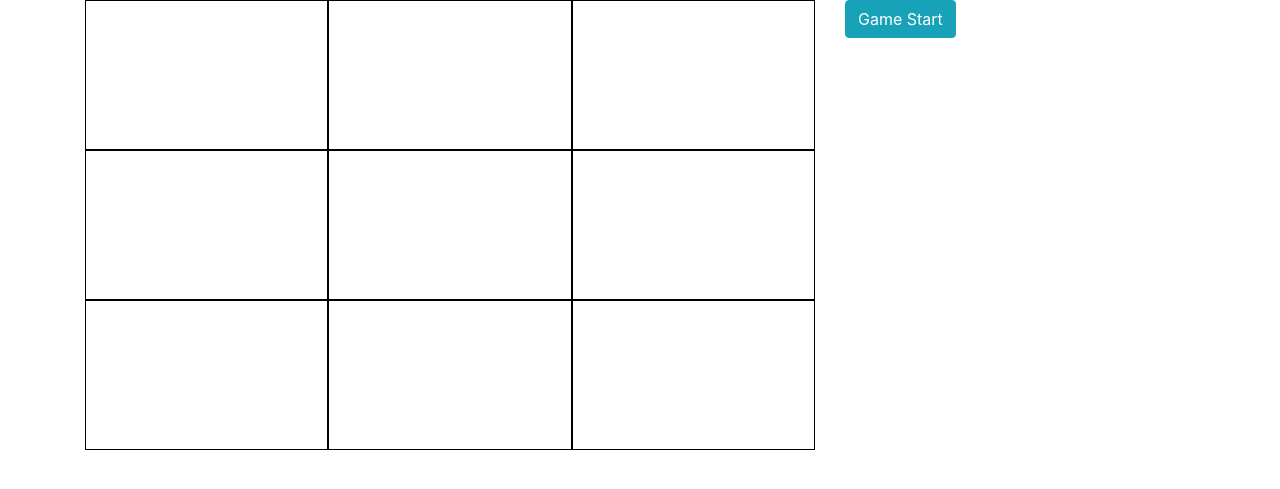
Repository: tts2610/Tic-Tac_Toe
Page: /
An editor plug-in stored every save of this project. The page is shown before and after the next save, followed by the edit.
The browser window is 1280 px wide. The pictures show the whole page.
The project was rebuilt for these pictures with package versions that can differ from the ones it lists, and the page was loaded fresh each time.

Above is the page before, as saved 2020-06-02 16:19:05.

### src/App.js
import React, { Component } from "react";
import "./App.css";
import Board from "./components/Board";
import "bootstrap/dist/css/bootstrap.min.css";
import { Row, Col, Container } from "react-bootstrap";
import HistoryBoard from "./components/HistoryBoard";
import * as mySetting from "./settings";

export default class App extends Component {
  state = {
    board: mySetting.board,
    currentMove: "",
    history: mySetting.history,
    currentPhase: 1,
    winMoves: [],
  };
  onClickSquareHandle = (element) => {
    if (!element.isChecked) {
      this.setState(
        {
          currentMove: this.state.currentMove === "x" ? "o" : "x",
        },
        () => {
          const list = this.state.board.map((item, j) => {
            if (item.id === element.id && item.value === "") {
              return {
                id: item.id,
                value: this.state.currentMove,
                isChecked: true,
              };
            } else {
              return { id: item.id, value: item.value, isChecked: false };
            }
          });
          this.setState({ board: list }, () => {
            if (this.checkVertical(element) || this.checkHorizonal(element)) {
              alert("win!!!");
              this.resetGame();
            }

            this.setState({ currentPhase: this.state.currentPhase + 1 });
            this.setState({
              history: {
                ...this.state.history,
                [this.state.currentPhase]: this.state.board,
              },
            });
          });
        }
      );
    }
    console.log(this.state.history);
  };

  checkVertical(currentChoice) {
    let count = 0;
    this.state.board.forEach((element) => {
      if (
        currentChoice.id[1] === element.id[1] &&
        element.value === "x" &&
        currentChoice !== element
      )
        count++;
    });

    if (count === 3) {
      return true;
    }
  }

  checkHorizonal(currentChoice) {
    let count = 0;
    this.state.board.forEach((element) => {
      if (
        currentChoice.id[0] === element.id[0] &&
        element.value === "x" &&
        currentChoice !== element
      )
        count++;
    });

    if (count === 3) {
      return true;
    }
  }

  resetGame() {
    this.setState({
      board: mySetting.board,
      currentMove: "",
      history: mySetting.history,
      currentPhase: 1,
    });
  }

  spliceDict(dict, minKey, maxKey) {
    var newDict = {};
    for (var i in dict) {
      if (i >= minKey && i <= maxKey) {
        newDict[i] = dict[i];
      }
    }
    return newDict;
  }

  resetPhase = (phase) => {
    this.setState({ history: this.spliceDict(this.state.history, 0, phase) });
    this.setState({
      currentPhase: this.state.currentPhase - 1,
      board: this.state.history[phase],
    });
  };
  render() {
    return (
      <div className="App">
        <Container>
          <Row>
            <Col sm={8}>
              <Board
                board={this.state.board}
                onClick={this.onClickSquareHandle}
              />
            </Col>
            <Col sm={4}>
              <HistoryBoard
                history={this.state.history}
                resetPhase={this.resetPhase}
              />
            </Col>
          </Row>
        </Container>
      </div>
    );
  }
}

### src/App.css
.box {
    min-width: max-content;
    height: 150px;
    border: 1px solid black;
    display: flex;
    justify-content: center;
}

.myLi {
    list-style-type: none;
}

### src/components/Board.js
import React, { Component } from "react";
import Square from "./Square";
import { Row, Col } from "react-bootstrap/";
import * as mySetting from "../settings";

export default function Board({ board, onClick }) {
  let renderSquare = (row) => {
    let rowSquare = [];
    board.forEach((element) => {
      if (element.id[0] === row)
        rowSquare.push(
          <Col sm={4} style={mySetting.styles.col} key={element.id}>
            <Square value={element.id} onClick={() => onClick(element)} />
          </Col>
        );
    });
    return rowSquare;
  };

  return (
    <>
      <Row style={mySetting.styles.row}>{renderSquare(0)}</Row>
      <Row style={mySetting.styles.row}>{renderSquare(1)}</Row>
      <Row style={mySetting.styles.row}>{renderSquare(2)}</Row>
    </>
  );
}

### src/components/HistoryBoard.js
import React from "react";

export default function HistoryBoard({ history, resetPhase }) {
  let keys = Object.keys(history);
  return (
    <div>
      {keys.map((element, index) => {
        if (index === 0)
          return (
            <li key={index} className="myLi">
              <button
                onClick={() => resetPhase(element)}
                type="button"
                className="btn btn-info"
              >
                Game Start
              </button>
            </li>
          );
        return (
          <li key={index} className="myLi mt-3">
            <button
              onClick={() => resetPhase(element)}
              type="button"
              className="btn btn-light"
            >
              Phase {element}
            </button>
          </li>
        );
      })}
    </div>
  );
}

### src/settings.js
export const styles = {
  grid: {
    paddingLeft: 0,
    paddingRight: 0,
  },
  row: {
    marginLeft: 0,
    marginRight: 0,
  },
  col: {
    paddingLeft: 0,
    paddingRight: 0,
  },
};

export const board = [
  {
    id: [0, 0],
    value: "",
    isChecked: false,
  },
  {
    id: [0, 1],
    value: "",
    isChecked: false,
  },
  {
    id: [0, 2],
    value: "",
    isChecked: false,
  },
  {
    id: [1, 0],
    value: "",
    isChecked: false,
  },
  {
    id: [1, 1],
    value: "",
    isChecked: false,
  },
  {
    id: [1, 2],
    value: "",
    isChecked: false,
  },
  {
    id: [2, 0],
    value: "",
    isChecked: false,
  },
  {
    id: [2, 1],
    value: "",
    isChecked: false,
  },
  {
    id: [2, 2],
    value: "",
    isChecked: false,
  },
];

export const boardWidth = 3;

export const history = { 0: board };

### src/components/Square.js
import React from "react";

export default function Square({ value, onClick }) {
  if (value === "x") {
    return (
      <div className="box" onClick={() => onClick(value)}>
        <img
          width="150"
          height="150"
          src={process.env.PUBLIC_URL + "x_2.png"}
          alt=""
        ></img>
      </div>
    );
  }
  if (value === "o") {
    return (
      <div className="box" onClick={() => onClick(value)}>
        <img
          width="150"
          height="150"
          src={process.env.PUBLIC_URL + "o.png"}
          alt=""
        ></img>
      </div>
    );
  } else {
    return <div className="box" onClick={() => onClick(value)}></div>;
  }
}

Loaded but not shown: public/index.html (common file); src/index.js (common file); src/index.css (common file); src/serviceWorker.js (common file)

After the next save:
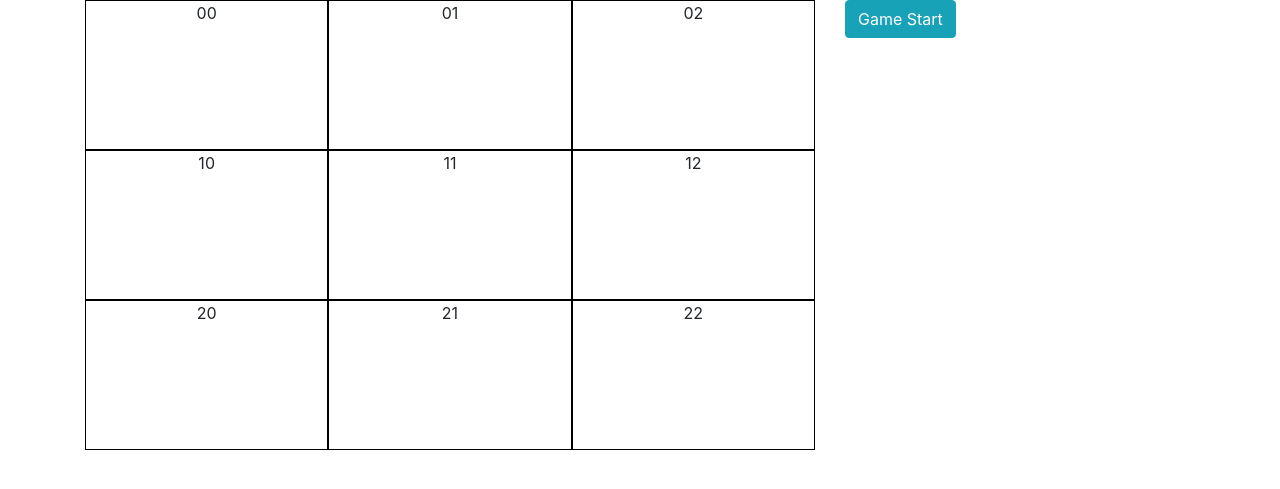
Saved 19 s later.
--- a/src/components/Square.js
+++ b/src/components/Square.js
@@ -25,6 +25,10 @@
       </div>
     );
   } else {
-    return <div className="box" onClick={() => onClick(value)}></div>;
+    return (
+      <div className="box" onClick={() => onClick(value)}>
+        {value}
+      </div>
+    );
   }
 }

After the 4 saves that followed:
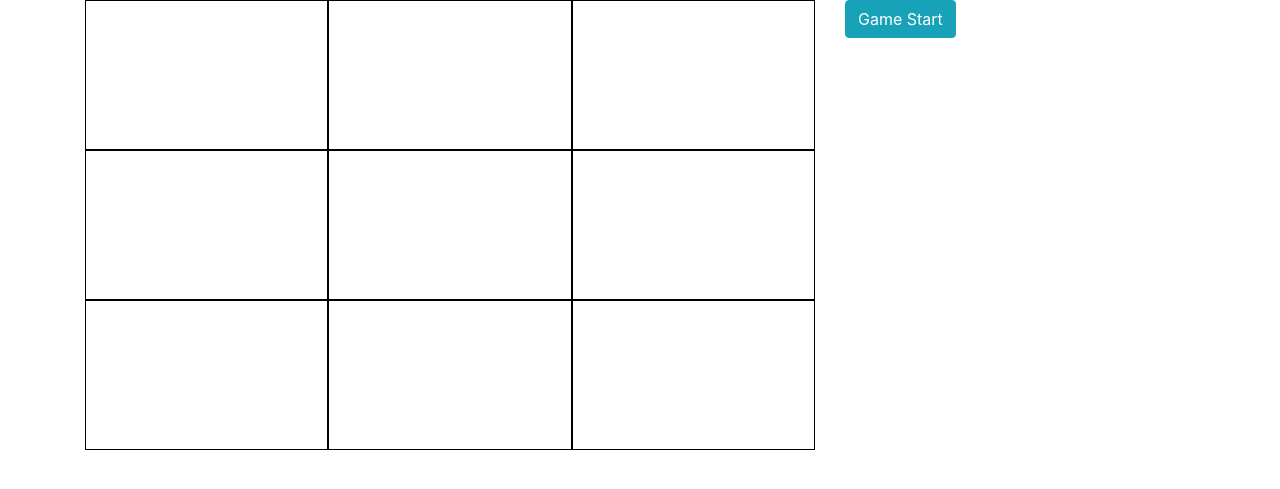
The 4 saves are shown as one change because 3 left the picture as it was.
The last was saved 11 min 23 s later.
--- a/src/App.js
+++ b/src/App.js
@@ -33,7 +33,12 @@ export default class App extends Component {
             }
           });
           this.setState({ board: list }, () => {
-            if (this.checkVertical(element) || this.checkHorizonal(element)) {
+            if (
+              this.checkVertical(element) ||
+              this.checkHorizonal(element) ||
+              this.checkRightDiagonal() ||
+              this.checkLeftDiagonal()
+            ) {
               alert("win!!!");
               this.resetGame();
             }
@@ -79,6 +84,38 @@ export default class App extends Component {
         count++;
     });
 
+    if (count === 3) {
+      return true;
+    }
+  }
+
+  checkRightDiagonal() {
+    let count = 0;
+    this.state.board.forEach((element) => {
+      if (
+        (element.id === [0, 2] && element.value === "x") ||
+        (element.id === [1, 1] && element.value === "x") ||
+        (element.id === [2, 0] && element.value === "x")
+      ) {
+        count++;
+      }
+    });
+    if (count === 3) {
+      return true;
+    }
+  }
+
+  checkLeftDiagonal() {
+    let count = 0;
+    this.state.board.forEach((element) => {
+      if (
+        (element.id === [0, 0] && element.value === "x") ||
+        (element.id === [1, 1] && element.value === "x") ||
+        (element.id === [2, 2] && element.value === "x")
+      ) {
+        count++;
+      }
+    });
     if (count === 3) {
       return true;
     }
--- a/src/components/Square.js
+++ b/src/components/Square.js
@@ -25,10 +25,6 @@
       </div>
     );
   } else {
-    return (
-      <div className="box" onClick={() => onClick(value)}>
-        {value}
-      </div>
-    );
+    return <div className="box" onClick={() => onClick(value)}></div>;
   }
 }
